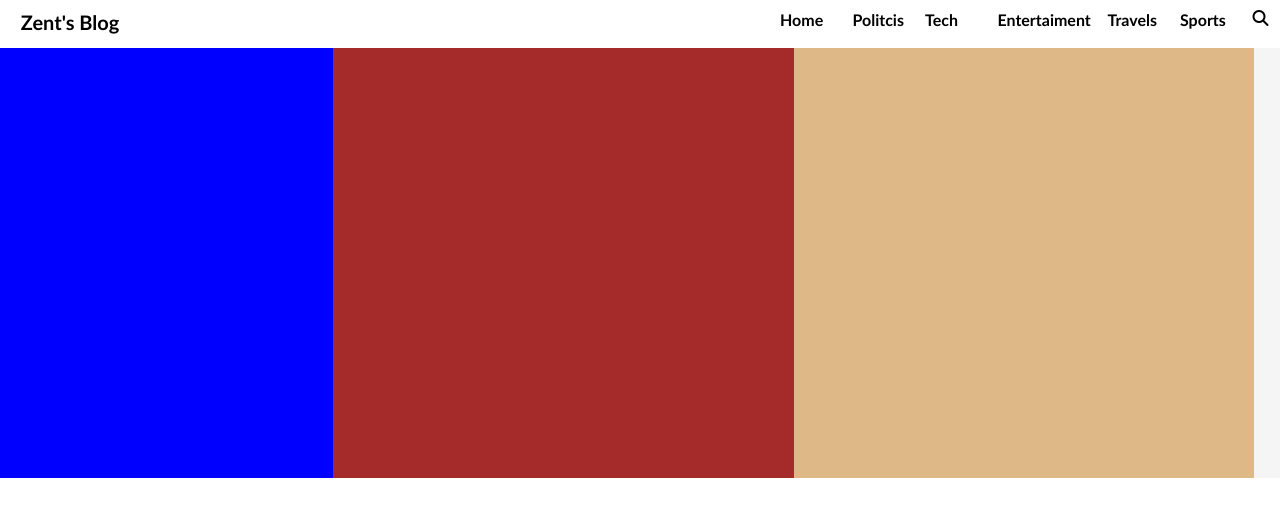
Repository: giacatdat2k5/html3
Page: html3.vs/7.1.html
The author's editor kept a copy of each file at every save. The page is drawn from the files as they stood at one save, then again after a run of saves.
The browser window is 1280 px wide. The pictures show the whole page.

Above is the page before, as saved 2023-09-27 13:07:39.

After the next 2 saves:
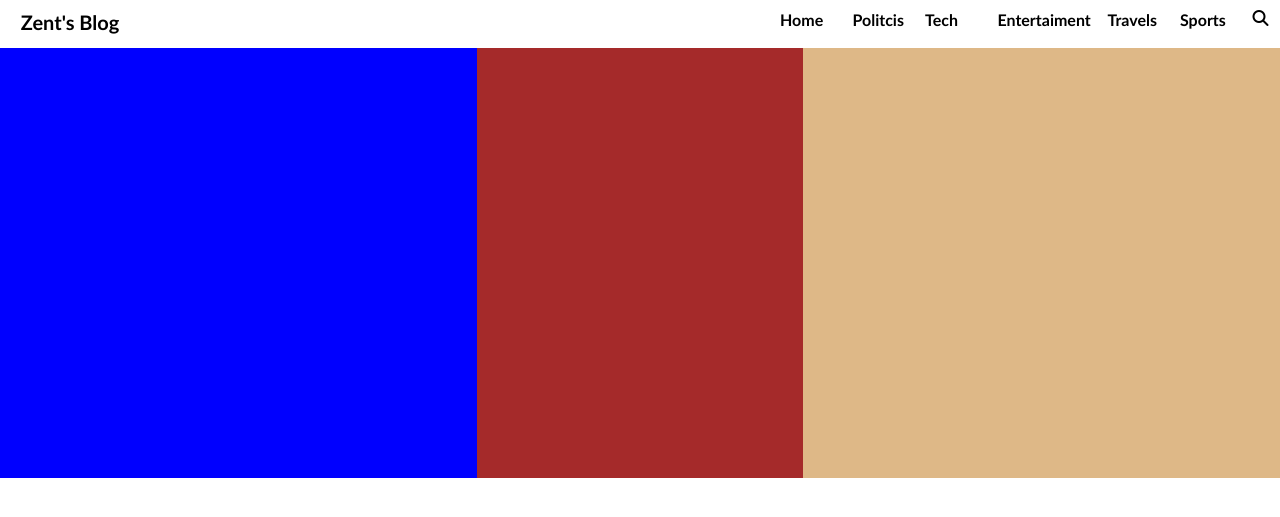
The 2 saves are shown as one change because they came seconds apart.
The last was saved 20 s later.
--- a/html3.vs/7.1.css
+++ b/html3.vs/7.1.css
@@ -40,17 +40,17 @@
     display: flex;
 }
 .left{
-    width: 26%;
+    width: 38%;
     height: 100%;
     background-color: blue;
 }
 .center{
-    width: 36%;
+    width: 26%;
     height: 100%;
     background-color: brown;
 }
 .right{
-    width: 36%;
+    width: 38%;
     height: 100%;
     background-color:burlywood;
 }
